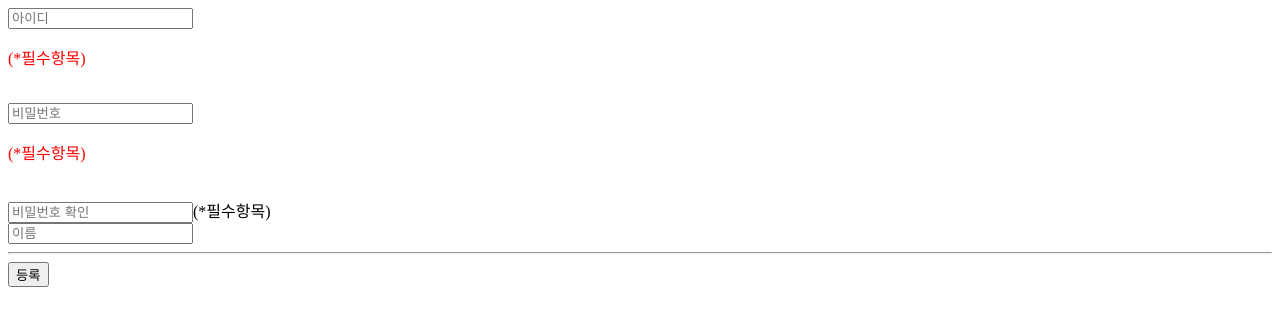
Repository: hangilyon/allJSPStudy
Page: javascript/quiz06_NewMember/register.html
The author's editor kept a copy of each file at every save. The page is drawn from the files as they stood at one save, then again after the next save.
The browser window is 1280 px wide. The pictures show the whole page.

Above is the page before, as saved 2021-10-15 07:34:59.

After the next save:
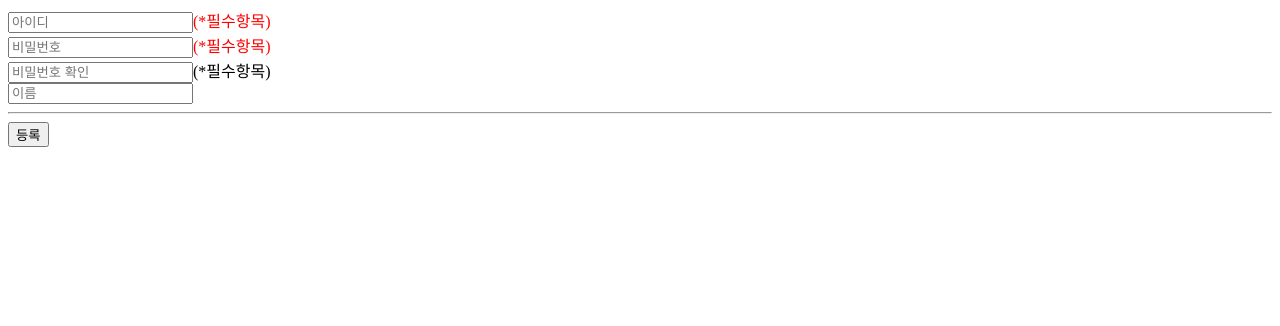
Saved 37 s later.
--- a/javascript/quiz06_NewMember/register.html
+++ b/javascript/quiz06_NewMember/register.html
@@ -4,15 +4,15 @@
 <meta charset="UTF-8">
 <title>회원가입란</title>
 <style type="text/css">
-p {
+label {
 color: red;
 }
 </style>
 </head>
 <body>
-<input type="text" placeholder="아이디"><p>(*필수항목)</p><br>
-<input type="text" placeholder="비밀번호"><p>(*필수항목)</p><br>
-<input type="text" placeholder="비밀번호 확인"><label>(*필수항목)</label><br>
+<input type="text" placeholder="아이디"><label>(*필수항목)</label><br>
+<input type="text" placeholder="비밀번호"><label>(*필수항목)</label><br>
+<input type="text" placeholder="비밀번호 확인">(*필수항목)<br>
 <input type="text" placeholder="이름">
 <hr>
 <input type="button" value="등록" onclick="">
